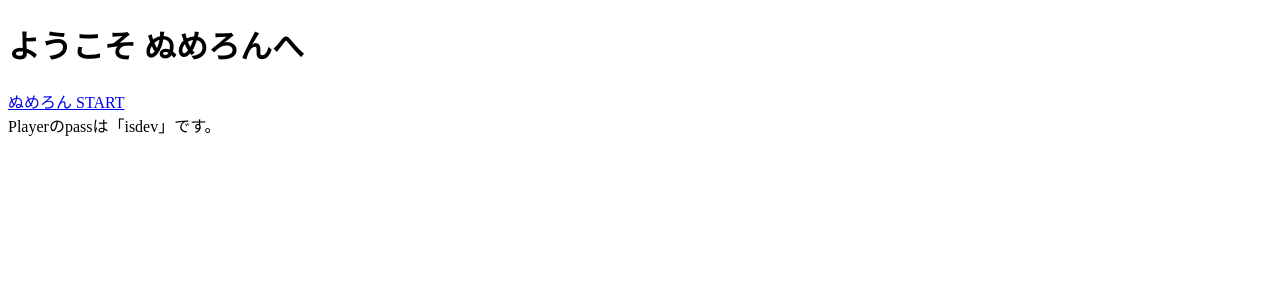
Repository: e1b21069/team2
Page: .log/team2/src/main/resources/static/index.html
An editor plug-in stored every save of this project. The page is shown before and after the next save, followed by the edit.
The browser window is 1280 px wide. The pictures show the whole page.

Above is the page before, as saved 2023-11-07 16:49:55.

### .log/team2/src/main/resources/static/index.html
<!DOCTYPE html>
<html>

<head>
  <meta charset="utf-8">
  <title>SpringBoot Samples</title>
</head>

<body>
  <h1>
    ようこそ ぬめろんへ
  </h1>
  <a href="/numeron">ぬめろん START</a><br>
  Playerのpassは「isdev」です。<br>
</body>

</html>

After the next save:
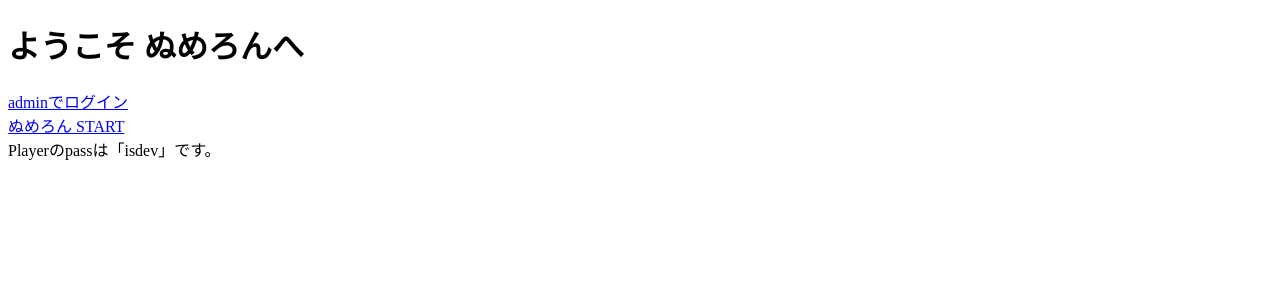
Saved 16 h 47 min later.
--- a/.log/team2/src/main/resources/static/index.html
+++ b/.log/team2/src/main/resources/static/index.html
@@ -10,6 +10,7 @@
   <h1>
     ようこそ ぬめろんへ
   </h1>
+  <a href="/numeron/admin">adminでログイン</a><br>
   <a href="/numeron">ぬめろん START</a><br>
   Playerのpassは「isdev」です。<br>
 </body>
